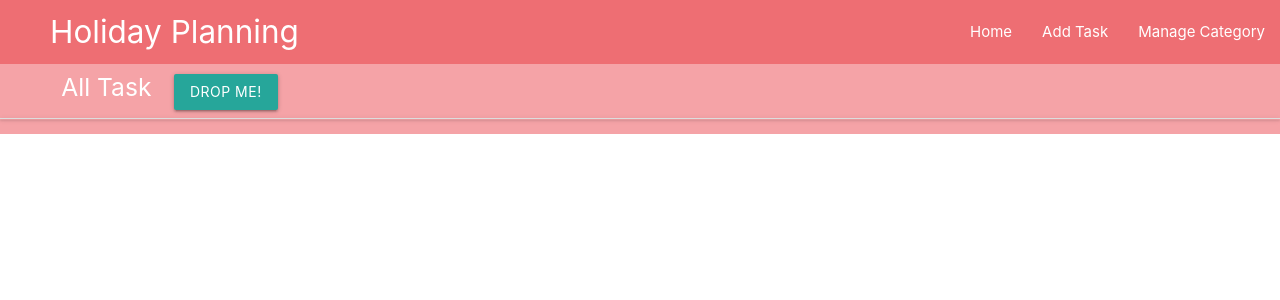
Repository: Code-Institute-Submissions/Project3-Holiday_Planning
Page: http://localhost/
The author's editor kept a record of every edit. The page is drawn from the files as they stood at one moment, then again after the next edit.
The browser window is 1280 px wide. The pictures show the whole page.
Some web libraries are served in a nearby version. The page is served by the project's application, run on Flask 3 (app.py). Queries for data that is not in the repository find no rows.

Above is the page before.

After the next edit:
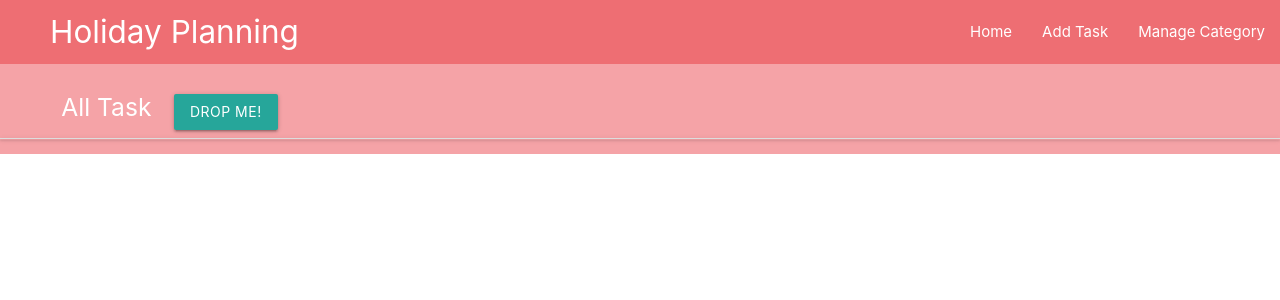
The edit:
--- a/static/css/style.css
+++ b/static/css/style.css
@@ -11,7 +11,7 @@
     height:50px;
     background-color: #f5a3a7;
     vertical-align: baseline;
-    padding-top: 10px;
+    padding-top: 30px;
     margin-bottom: 0px;
     padding-bottom: 60px;
 }
